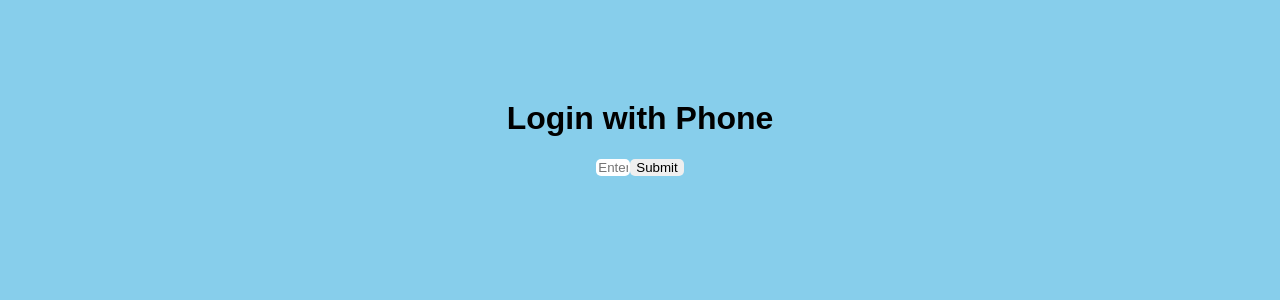
Repository: s-babaeizadeh/OTP-Login
Page: /
An editor plug-in stored every save of this project. The page is shown before and after the next save, followed by the edit.
The browser window is 1280 px wide. The pictures show the whole page.
The project was rebuilt for these pictures with package versions that can differ from the ones it lists, and the page was loaded fresh each time. Also part of the build but not shown: vite.config.js, src/components/OtpInput.jsx.

Above is the page before, as saved 2024-08-03 21:37:42.

### src/App.jsx
import "./App.css";
import PhoneOtpLogin from "./components/PhoneOtpLogin";

function App() {
  return (
    <>
      <div className="App">
        <h1>Login with Phone</h1>
        <PhoneOtpLogin />
      </div>
    </>
  );
}

export default App;

### src/App.css
.App {
  font-family: sans-serif;
  text-align: center;
  margin-top: 100px;
}

.otpInput {
  height: 40px;
  width: 40px;
  margin: 5px;
  text-align: center;
  font-size: 1.2em;
}

.inputotp {
  border-radius: 5px;
  border: none;
  outline: none;
  width: 30px;
}

button {
  border-radius: 5px;
  border: none;
  outline: none;
}

### src/components/PhoneOtpLogin.jsx
import React, { useState } from "react";
import OtpInput from "./OtpInput";

const PhoneOtpLogin = () => {
  const [phoneNumber, setPhoneNumber] = useState("");
  const [showOtpInput, setShowOtpInput] = useState(false);

  const handlePhoneNumber = (e) => {
    setPhoneNumber(e.target.value);
  };

  const handlePhoneSubmit = (e) => {
    e.preventDefault();

    //phone validation
    const regex = /[^0-9]/g;
    if (phoneNumber.length < 10 || regex.test(phoneNumber)) {
      alert("Invalid Phone Number");
      return;
    }

    setShowOtpInput(true);
  };

  const onOtpSubmit = (otp) => {
    console.log("Login Successful", otp);
  };

  return (
    <div>
      {!showOtpInput ? (
        <form onSubmit={handlePhoneSubmit}>
          <input
            className="inputotp"
            type="text"
            placeholder="Enter Phone Number"
            onChange={handlePhoneNumber}
          />
          <button type="submit">Submit</button>
        </form>
      ) : (
        <div>
          <p>Enter OTP sent to {phoneNumber}</p>
          <OtpInput length={4} onOtpSubmit={onOtpSubmit} />
        </div>
      )}
    </div>
  );
};

export default PhoneOtpLogin;

Loaded but not shown: index.html (common file); src/main.jsx (common file); src/index.css (common file)

After the next save:
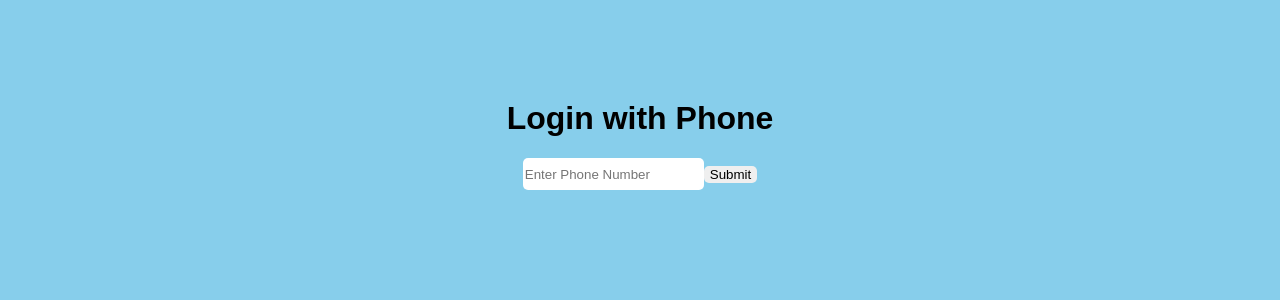
Saved 13 s later.
--- a/src/App.css
+++ b/src/App.css
@@ -16,7 +16,7 @@
   border-radius: 5px;
   border: none;
   outline: none;
-  width: 30px;
+  height: 30px;
 }
 
 button {
